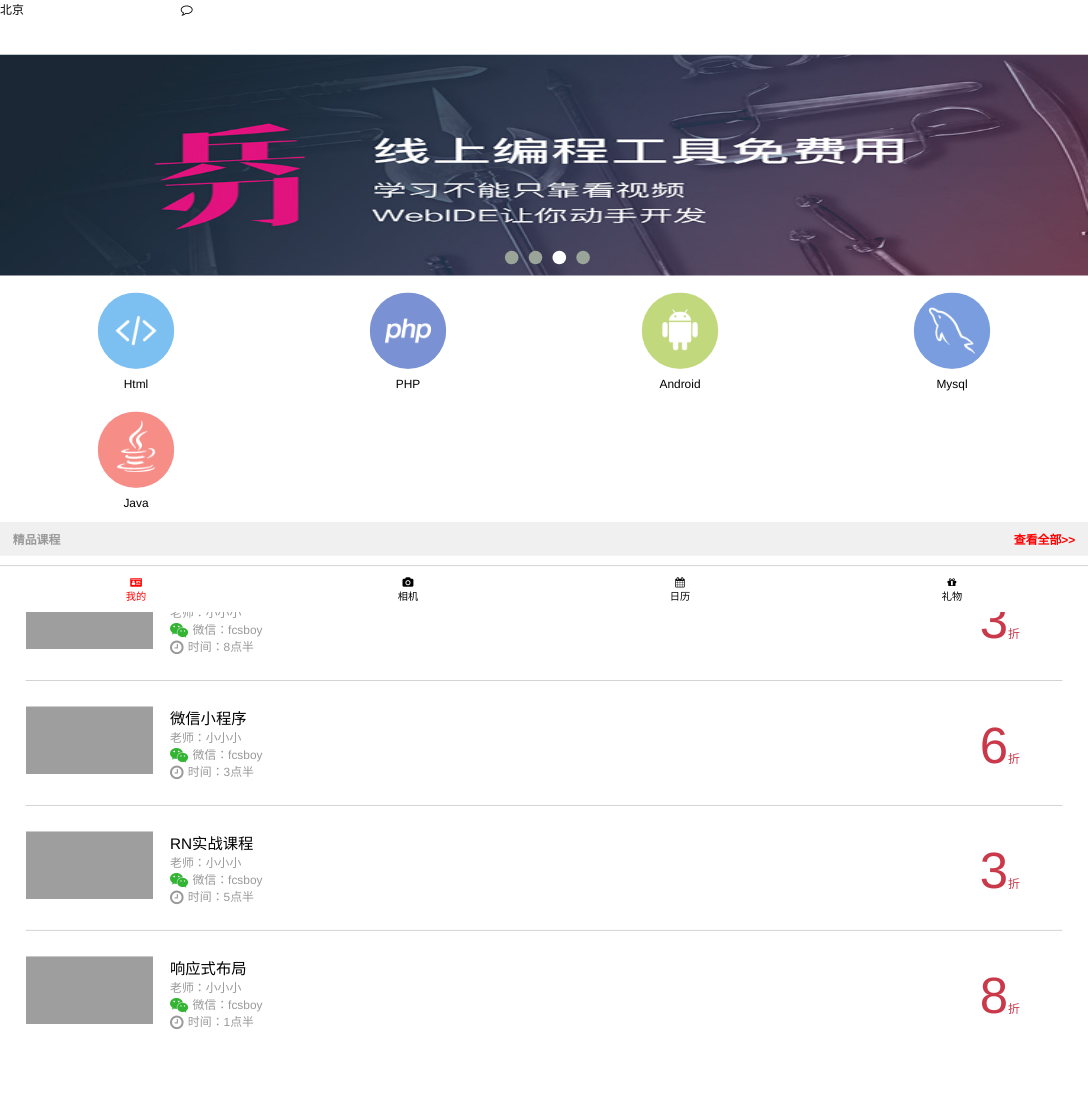
Repository: zhenzhen-gong/flextContent
Page: index.html
The author's editor kept a copy of each file at every save. The page is drawn from the files as they stood at one save, then again after the next save.
The browser window is 1280 px wide. The pictures show the whole page, at 85% of full size.
Pictures or frames that could not be fetched are drawn as grey boxes.

Above is the page before, as saved 2020-06-19 11:33:39.

### index.html
<!DOCTYPE html>
<html lang="en">

<head>
    <meta charset="UTF-8">
    <meta name="viewport" content="width=device-width, initial-scale=1.0">
    <title>移动端响应式小项目</title>
    <link rel="stylesheet" href="css/style.css">
    <link rel="stylesheet" href="css/font-awesome/css/font-awesome.min.css">
    <script src="http://cdn.bootcss.com/jquery/1.12.4/jquery.js"></script>
    <script src="script.js"></script>
</head>

<body>
    <header>
        <div class="head"><!--  为了解决display：flex与position：fixed的冲突，增加外层盒子 -->
        <a href="#" class="left-address">北京</a>
        <input class="middle-form" name="search">
        <a href="#" class="right-message">
            <i class="fa fa-comment-o"></i>
        </a>
    </div>
    </header>
    <section>
        <div class="imgholder">
            <div class="imgBox" id="imgBox">
                <div class="imgcontent active"><img src="img/banner1.jpg" alt="图片加载失败"></div>
                <div class="imgcontent"><img src="img/banner2.jpg" alt="图片加载失败"></div>
                <div class="imgcontent"><img src="img/banner3.jpg" alt="图片加载失败"></div>
                <div class="imgcontent"><img src="img/banner4.jpg" alt="图片加载失败"></div>
            </div>
            <div class="imgCircle" id="imgCircle">
                <span class="active"></span>
                <span></span>
                <span></span>
                <span></span>
            </div>
        </div>
        <div class="content">
            <div>
                <img src="img/1.png" alt="">
                <span>Html</span>
            </div>
            <div>
                <img src="img/2.png" alt="">
                <span>PHP</span>
            </div>
            <div>
                <img src="img/3.png" alt="">
                <span>Android</span>
            </div>
            <div>
                <img src="img/4.png" alt="">
                <span>Mysql</span>
            </div>
            <div>
                <img src="img/5.png" alt="">
                <span>Java</span>
            </div>
        </div>
        <div class="nav">
            <span>精品课程</span>
            <span>查看全部>></span>
        </div>
        <div class="items">
            <div class="item">
                <div class="item_left">
                    <img src="http://szimg.mukewang.com/5806de7c00014a3105400300-360-202.jpg" alt="">
                </div>
                <div class="item_center">
                    <p>jQuery实战课程</p>
                    <p>老师：小小小</p>
                    <p><i class="fa fa-weixin fa-lg"></i>微信：fcsboy</p>
                    <p><i class="fa fa-clock-o fa-lg"></i>时间：8点半</p>
                </div>
                <div class="item_right">
                    <span>3</span><em>折</em>
                </div>
            </div>
            <div class="item">
                <div class="item_left">
                    <img src="http://szimg.mukewang.com/583e42fb0001e04f05400300-360-202.jpg" alt="">
                </div>
                <div class="item_center">
                    <p>微信小程序</p>
                    <p>老师：小小小</p>
                    <p><i class="fa fa-weixin fa-lg"></i>微信：fcsboy</p>
                    <p><i class="fa fa-clock-o fa-lg"></i>时间：3点半</p>
                </div>
                <div class="item_right">
                    <span>6</span><em>折</em>
                </div>
            </div>
            <div class="item">
                <div class="item_left">
                    <img src="http://szimg.mukewang.com/57ec8a820001c60b05400300-360-202.jpg" alt="">
                </div>
                <div class="item_center">
                    <p>RN实战课程</p>
                    <p>老师：小小小</p>
                    <p><i class="fa fa-weixin fa-lg"></i>微信：fcsboy</p>
                    <p><i class="fa fa-clock-o fa-lg"></i>时间：5点半</p>
                </div>
                <div class="item_right">
                    <span>3</span><em>折</em>
                </div>
            </div>
            <div class="item">
                <div class="item_left">
                    <img src="http://szimg.mukewang.com/576b84c10001b1c005400300-360-202.jpg" alt="">
                </div>
                <div class="item_center">
                    <p>响应式布局</p>
                    <p>老师：小小小</p>
                    <p><i class="fa fa-weixin fa-lg"></i>微信：fcsboy</p>
                    <p><i class="fa fa-clock-o fa-lg"></i>时间：1点半</p>
                </div>
                <div class="item_right">
                    <span>8</span><em>折</em>
                </div>
            </div>
        </div>
    </section>
    <footer>
        <div class="active">
            <a href="#" class="active">
                <i class="fa fa-id-card"></i>
            </a>
            我的
        </div>
        <div>
            <a href="#">
                <i class="fa fa-camera"></i>
            </a>
            相机
        </div>
        <div>
            <a href="#">
                <i class="fa fa-calendar"></i>
            </a>
            日历
        </div>
        <div>
            <a href="#">
                <i class="fa fa-gift"></i>
            </a>
            礼物
        </div>
    </footer>
</body>

</html>

### css/style.css
/* css初始化 */
*{
    margin: 0;
    padding: 0;
    border: none;
}
body{
    font-size: 14px;
    font-family: 'Franklin Gothic Medium', 'Arial Narrow', Arial, sans-serif;
}
a{
    text-decoration: none;
    color: black;
}
/* 正文部分 */
.Tbox{
    width: 640px;
    position: absolute;
    left: 0;
    right: 0;
    margin: 0 auto;
}
.fixed{
    position: fixed;
    width: 640px;
}
/* 头部导航 */
.fixed>header{
   height: 44px;
   padding: 0 15px;
   background: #ef1333;
   display: flex;
   align-items: center;
}
.fixed>header>a.left-address{
    margin-right: 15px;
    color: #ffffff;
}
.fixed>header>input.middle-form{
   flex: 1;
   box-sizing: border-box;
   height: 28px;
   border-radius: 8px;
   border: none;
}
.fixed>header>a.right-message{
    margin-left: 15px;
    color: #ffffff;
}
/* 图片轮播 */
section>div.imgholder{
    padding-top: 44px;
    height: 260px;
    width: 100%;
    position: relative;
    overflow: hidden;
}
section>div.imgholder>div.imgBox{
    height: 100%;
    width: 100%;
}
section>div.imgholder>div.imgBox>div.imgcontent{
    position: absolute;
    height: 100%;
    width: 100%;
    overflow: hidden;
    display: none;
}
section>div.imgholder>div.imgBox>div.active{
    display: block;
}
section>div.imgholder>div.imgBox>div.imgcontent>img{
    width: 100%;
    height: 100%;
}
/* 控制图片切换的圆点 */
section>div.imgholder>div.imgCircle{
    position: absolute;
    bottom: 10px;
    width: 100%;
    text-align: center;
}
section>div.imgholder>div.imgCircle>span{
    display: inline-block;
    height: 16px;
    width: 16px;
    border-radius: 50%;
    background: #9aa499;
    cursor: pointer;
    margin-left: 8px;
}
section>div.imgholder>div.imgCircle>span.active{
    background: #ffffff;
}
/* 正文内容菜单部分 */
section>div.content{
    display: flex;
    flex-wrap: wrap;
    padding-top: 10px;
    background: #ffffff;
}
section>div.content>div{
    width: 25%;
    height: 120px;
    text-align: center;
    margin: 10px 0;
}
section>div.content>div>span{
    display: block;
    margin-top: 7px;
}
section>div.content>div>img{
    border-radius: 50%;
}

/* 精品课程的导航条 */
section>div.nav{
    height: 40px;
    background: #f0f0f0;
    display: flex;
    justify-content: space-between;
    align-items: center;
    padding: 0 15px;
}
section>div.nav>span:nth-child(1){
    color: #999;
    font-weight: bold;
}
section>div.nav>span:nth-child(2){
    color: red;
    font-weight: bold;
}

/* 正文内容 */
section>div.items{
    background: #ffffff;
    padding: 0 30px;
    margin-bottom: 54px;
}
section>div.items>div.item{
    position: relative;
    display: flex;
    padding: 30px 0;
    border-bottom: 1px solid #cccccc;
}
section>div.items>div.item:last-child{
    border: none;
}
section>div.items>div.item>div.item_left>img{
    width: 150px;
    height: 80px;
}
section>div.items>div.item>div.item_center{
   padding-left: 20px;
}
.item_center p:nth-child(1){
	font-size: 18px;
}
.item_center p:nth-child(2){
	color: #999;
}
.item_center p:nth-child(3){
	color: #999;
}
.item_center p:nth-child(3) i{
	color: #33b433;
	margin-right: 5px;
}
.item_center p:nth-child(4) i{
	margin-right: 5px;
}
.item_center p:nth-child(4){
	color: #999;
}
.item_center p:nth-child(5){
	color: #999;
}
.item_right{
	position: absolute;
    right: 50px;
    bottom: 35px;
	color:#c9394a;
}
.item_right span{
	font-size: 60px;
}
.item_right em{
    font-size: 14px;
	font-style: normal;
}

/* 页脚部分 */
footer{
    position: fixed;
    bottom: 0;
    height: 54px;
    width: 100%;
    font-size: 12px;
    display: flex;
    align-items: center;
    text-align: center;
    background: #ffffff;;
    border-top: 1px solid #cccccc;
}
footer>div{
    flex: 1;
}
footer>div.active{
    color: red;
}
footer>div>a{
    display: block;
}
footer>div>a.active{
    color: red;
}

### script.js
$(document).ready(function(){
    var index = 0,
        timer = null,
        imgs = $("#imgBox").children("div"),
        circles = $("#imgCircle").children("span")
        console.log(circles);

    function imgslider () {
        //当鼠标在图片上时，停止轮播
        $("#imgBox").mouseover(function(){
            if(timer) clearInterval(timer)
        })
        //当鼠标移出图片时，图片继续轮播
        $("#imgBox").mouseout(function(){
            // 图片自动轮播
        timer = setInterval(function(){
            index++;
            if(index>=imgs.length){
                index = 0
            }
            changeImg()
        },2000)
        });
        //一开始就执行mouseout，图片轮播
        $("#imgBox").mouseout()

        // 点击圆点切换图片
        // 1、找到所有圆点  并为每个圆点绑定click事件
        for(let i = 0;i<circles.length;i++){
            circles[i].id = i;
            circles[i].onclick = function(){
                index = i;
                changeImg()
                if(timer) clearInterval(timer)
            }
        }

    }





    function changeImg() {
       // 当前图片的display属性为block，其他为none；
       for(let i = 0;i<imgs.length;i++){
           imgs[i].style.display = "none"
           circles[i].className = " "
       }
       imgs[index].style.display = "block"
       circles[index].className = "active "
    }
    imgslider()
})

Loaded but not shown: css/font-awesome/css/font-awesome.min.css (library)

After the next save:
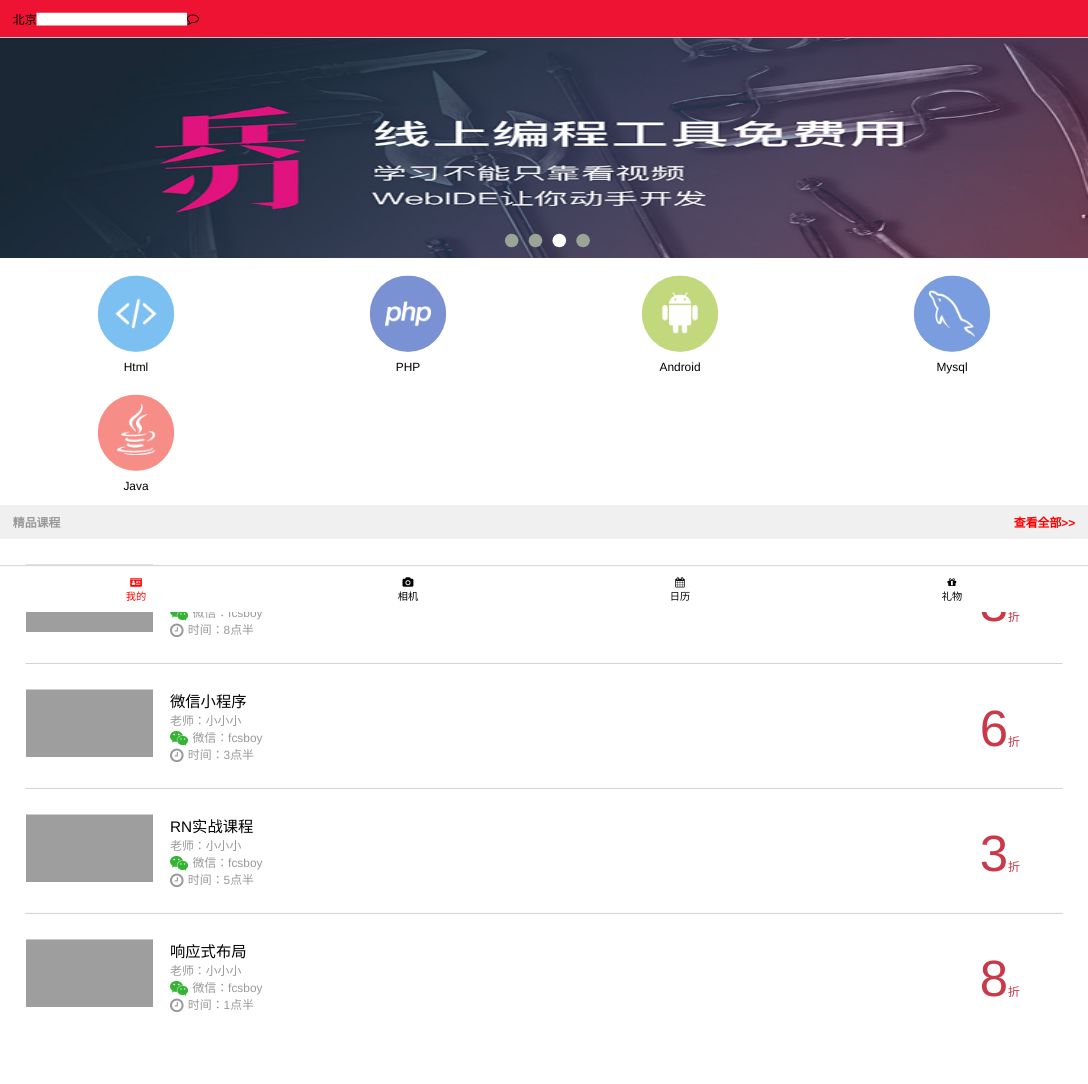
Saved 99 s later.
--- a/css/style.css
+++ b/css/style.css
@@ -11,6 +11,18 @@
 a{
     text-decoration: none;
     color: black;
+}
+/* 头部导航 */
+header{
+    position: fixed;
+    width: 100%;
+}
+header .head{
+   height: 44px;
+   padding: 0 15px;
+   background: #ef1333;
+   display: flex;
+   align-items: center;
 }
 /* 正文部分 */
 .Tbox{
@@ -20,17 +32,9 @@
     right: 0;
     margin: 0 auto;
 }
-.fixed{
-    position: fixed;
-    width: 640px;
-}
-/* 头部导航 */
+
 .fixed>header{
-   height: 44px;
-   padding: 0 15px;
-   background: #ef1333;
-   display: flex;
-   align-items: center;
+
 }
 .fixed>header>a.left-address{
     margin-right: 15px;
